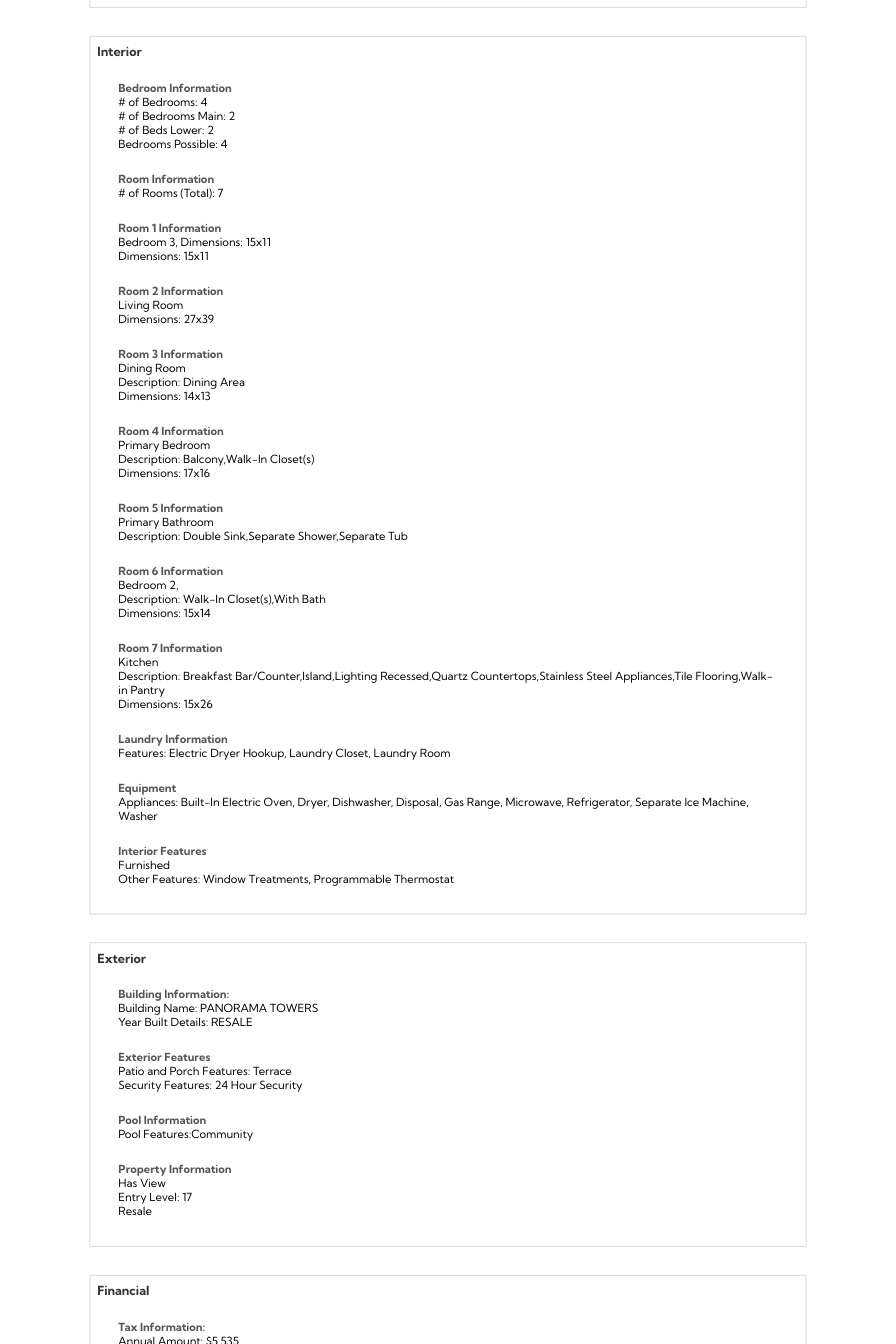
Repository: MrAllin1/ProgWWW_23_Gr1
Page: pages/House1.html
The author's editor kept a copy of each file at every save. The page is drawn from the files as they stood at one save, then again after the next save.
The browser window is 1280 px wide. The pictures show the part of the page from y = 1455 to 3375 px (the page is 5267 px tall before and 5717 px after), at 70% of full size.
A picture or video elsewhere on the page could not be fetched, so the positions and the page height are approximate. Some web libraries are served in a nearby version.

Above is the page before, as saved 2024-01-11 07:39:38.

### pages/House1.html
<!DOCTYPE html>
<html lang="en">
<head>
    <meta charset="UTF-8">
    <meta name="viewport" content="width=device-width, initial-scale=1.0">
    <link rel="stylesheet" type="text/css" href="../pages/stylesForHouse.css">
    <script src="https://kit.fontawesome.com/186711ed6a.js" crossorigin="anonymous"></script>
    <link rel="preconnect" href="https://fonts.googleapis.com">
    <link rel="preconnect" href="https://fonts.gstatic.com" crossorigin>
    <link href="https://fonts.googleapis.com/css2?family=Kumbh+Sans:wght@400;700&display=swap" rel="stylesheet">
    <link rel="stylesheet" href="https://cdnjs.cloudflare.com/ajax/libs/font-awesome/5.15.4/css/all.min.css">
    <title>House on Seattle</title>
</head>
<body>
    <nav class="navbar">
        <div class="navbar_container">
            <a href="/" id="navbar_logo"> <i class="fas fa-house-flag"></i>AFA</a>
            <div class="navbar_toggle" id="mobile-menu">
                <span class="bar"></span>
                <span class="bar"></span>
                <span class="bar"></span>
            </div>
            <ul class="navbar_menu">
                <li class="navbar_item">
                    <a href="#home" class="navbar_link">Home</a>
                </li>
                <li class="navbar_item">
                    <a href="#services" class="navbar_link">Services</a>
                </li>
                <li class="navbar_item">
                    <a href="/pages/BuyRent.html" class="navbar_link">Buy/Rent</a>
                </li>
                <li class="navbar_item">
                    <a href="/pages/sell.html" class="navbar_link">Sell</a>
                </li>
                <li class="navbar_btn">
                    <a href="/pages/signUp.html" class="button">Sign Up</a>
                </li>
            </ul>
        </div>
    </nav>
    <div class="gallery-container">
        <h1>Welcome to the Seattle, WA 98177 House</h1> </br>
        <a href="https://www.google.com/maps/place/12253+9th+Ave+NW,Seattle,WA+98177" target="_blank" class="services_link">12253 9th Ave NW, Seattle, WA 98177</a>
        <p>$1,099,000</p>
        <span>195 square meters</span>
        <div class="gallery">
            <img src="/images/House_2/item_1.jpg" alt="Image 1" />
            <img src="/images/House_2/item_2.jpg" alt="Image 2" />
            <img src="/images/House_2/item_3.jpg" alt="Image 3" />
            <img src="/images/House_2/item_4.jpg" alt="Image 4" />
            <img src="/images/House_2/item_5.jpg" alt="Image 5" />
            <img src="/images/House_2/item_6.jpg" alt="Image 6" />
            <img src="/images/House_2/item_7.jpg" alt="Image 7" />
            <img src="/images/House_2/item_8.jpg" alt="Image 8" />
            <img src="/images/House_2/item_9.jpg" alt="Image 9" />
            <img src="/images/House_2/item_10.jpg" alt="Image 10" />
            <img src="/images/House_2/item_11.jpg" alt="Image 11" />
            <img src="/images/House_2/item_12.jpg" alt="Image 12" />
            <img src="/images/House_2/item_13.jpg" alt="Image 13" />
            <img src="/images/House_2/item_14.jpg" alt="Image 14" />
            <img src="/images/House_2/item_15.jpg" alt="Image 15" />
            <img src="/images/House_2/item_16.jpg" alt="Image 16" />
            <img src="/images/House_2/item_17.jpg" alt="Image 17" />
            <img src="/images/House_2/item_18.jpg" alt="Image 18" />
            <img src="/images/House_2/item_19.jpg" alt="Image 19" />
            <img src="/images/House_2/item_20.jpg" alt="Image 20" />
            <img src="/images/House_2/item_21.jpg" alt="Image 21" />
            <img src="/images/House_2/item_22.jpg" alt="Image 22" />
            <img src="/images/House_2/item_23.jpg" alt="Image 23" />
</div>

          <button class="arrow-button left">&#8249;</button>
          <button class="arrow-button right">&#8250;</button>
          <p><strong> About this home</strong></br> Lovely Puget Sound and Olympic Mountain views in this well-maintained Broadview home! Ready for your personal touches, this spacious home has hardwood flooring, huge windows for enjoying the stunning water views, kitchen with breakfast bar, sunny dining area, and 2 large living spaces, each with a cozy fireplace. Plenty of room for everyone with 4 good sized bedrooms, and a versatile layout. Head outside to the spacious deck with water views, and down below a fenced yard with a patio, and built-in raised garden beds. Just steps from Carkeek Park & Beach, easy access to I-5, and located near plenty of restaurants, shops, & more. Don't miss out on this opportunity to be a part of the Broadview Community!</p>
    </div>
</br>
    <div class="property-features">
      <div class="feature">
        <i class="far fa-clock"></i> 5 days on AFA
      </div>
      <div class="feature">
        <i class="fas fa-warehouse"></i> Has garage
      </div>
      <div class="feature">
        <i class="fas fa-home"></i> Single family
      </div>
      <div class="feature">
        <i class="fas fa-landmark"></i> 711 square meters
      </div>
      <div class="feature">
        <i class="fas fa-hand-holding-usd"></i> $2,520 monthly HOA fee
      </div>
      <div class="feature">
        <i class="fas fa-tools"></i> Built in 2005
      </div>
      <div class="feature">
        <i class="fas fa-map-marker-alt"></i> Seattle
      </div>
      <div class="feature">
        <i class="fas fa-soap"></i>In-unit laundry (washer and dryer)
      </div>
      <div class="feature">
        <i class="fas fa-dollar-sign"></i> $523 for sq m
    </div>
      <div class="feature">
        <i class="fas fa-home"></i> Broadview
      </div>
    </div>

    <div class="container">
        <h1>Property details for 12253 9th Ave NW</h1>
            <div class="details">
                <div class="section">
                    <h2>Parking</h2>
                    <ul>
                        <li><strong>Parking:</strong></br> Covered Spaces: 2</br>Parking Total: 2</br>Parking Features: Driveway, Attached Garage</br>Has Attached Garage</br>Has Garage</li>
                    </ul>
                </div>
            </div>

            <div class="details">
                <div class="section">
                    <h2>Interior</h2>
                    <ul>
                        <li><strong>Bedroom Information</strong> </br># of Bedrooms: 4 </br># of Bedrooms Main: 2</br># of Beds Lower: 2</br>Bedrooms Possible: 4</li>
                        <li><strong>Room Information</strong> </br># of Rooms (Total): 7</li>
                        <li><strong>Room 1 Information</strong> </br>Bedroom 3, Dimensions: 15x11</br>Dimensions: 15x11</li>
                        <li><strong>Room 2 Information</strong> </br>Living Room</br>Dimensions: 27x39</li>
                        <li><strong>Room 3 Information</strong> </br>Dining Room</br>Description: Dining Area</br>Dimensions: 14x13</li>
                        <li><strong>Room 4 Information</strong> </br>Primary Bedroom</br>Description: Balcony,Walk-In Closet(s)</br>Dimensions: 17x16</li>
                        <li><strong>Room 5 Information</strong></br> Primary Bathroom</br>Description: Double Sink,Separate Shower,Separate Tub</li>
                        <li><strong>Room 6 Information</strong></br> Bedroom 2, </br>Description: Walk-In Closet(s),With Bath</br>Dimensions: 15x14</li>
                        <li><strong>Room 7 Information</strong></br> Kitchen</br>Description: Breakfast Bar/Counter,Island,Lighting Recessed,Quartz Countertops,Stainless Steel Appliances,Tile Flooring,Walk-in Pantry</br>Dimensions: 15x26</li>
                        <li><strong>Laundry Information</strong></br> Features: Electric Dryer Hookup, Laundry Closet, Laundry Room</li>
                        <li><strong>Equipment</strong></br> Appliances: Built-In Electric Oven, Dryer, Dishwasher, Disposal, Gas Range, Microwave, Refrigerator, Separate Ice Machine, Washer</li>
                        <li><strong>Interior Features</strong></br>Furnished</br> Other Features: Window Treatments, Programmable Thermostat</li>
                    </ul>
                </div>
            </div>
                <div class="details">
                <div class="section">
                    <h2>Exterior</h2>
                    <ul>
                        <li><strong>Building Information:</strong></br> Building Name: PANORAMA TOWERS</br>Year Built Details: RESALE</li>
                        <li><strong>Exterior Features</strong></br>Patio and Porch Features: Terrace</br> Security Features: 24 Hour Security</li>
                        <li><strong>Pool Information</strong></br> Pool Features:Community</li>
                        <li><strong>Property Information</strong></br> Has View</br>Entry Level: 17</br>Resale</li>

                    </ul>
                </div>
            </div>
            <div class="details">
                <div class="section">
                    <h2>Financial</h2>
                    <ul>
                        <li><strong>Tax Information:</strong> </br>Annual Amount: $5,535</li>
                    </ul>
                </div>
            </div>

            <div class="details">
                <div class="section">
                    <h2>Utilities</h2>
                    <ul>
                        <li><strong>Utility Information:</strong></br> Utilities: High Speed Internet Available</li>
                        <li>S<strong>Heating & Cooling</strong></br> Has Cooling</br>Cooling:Electric</br>Has Heating</br>Heating: Central,Gas</li>
                    </ul>
                </div>
            </div>


            <div class="details">
                <div class="section">
                    <h2>Location</h2>
                    <ul>
                        <li><strong>Multi Unit Information:</strong></br> Pets Allowed: Number Limit, Size Limit, Yes</li>
                        <li><strong>HOA Information</strong> </br>Has Home Owners Association </br>Association Name: Panorama Towers </br>Association Fee: $2,520 Monthly</br>Association Fee Includes: Association Management, Cable TV, Internet, Recreation Facilities, Sewer, Trash, Water</br>Association Amenities: Business Center, Dog Park, Fitness Center, Gated, Media Room, Barbecue, Pool, Recreation Room, Guard, Spa/Hot Tub, Security, Concierge</li>
                        <li><strong>School</strong></br>  Elementary School: Thiriot Joseph,Thiriot Joseph</br>Middle Or Junior School: Sawyer Grant</br>High School: Clark Ed. W.</li>
                        <li><strong>Community Information:</strong></br>Community Features: Pool</li>
                    </ul>
                </div>
            </div>


            <div class="details">
                <div class="section">
                    <h2>Other</h2>
                    <ul>
                        <li><strong>Listing Information:</strong></br> Attribution Contact: 702-930-8408</br>Buyer Agency Compensation: 2.5000</li>
                    </ul>
                </div>
            </div>
        </div>
    </div>



      <div class="container">
        <h1>About climate risks</h1>
        <p>Climate risks have some of natural disasters and may be impacted by climate change due to rising temperatures and sea levels.</p>

        <div class="risk-factor" id="floodRisk">
            <h2>Flood Factor</h2>
            <p>Unlikely to flood in next 50 years.</p>
        </div>

        <div class="risk-factor" id="fireRisk">
            <h2>Fire Factor</h2>
            <p>Unlikely to be in a wildfire in next 50 years.</p>
        </div>

        <div class="risk-factor" id="heatRisk">
            <h2>Heat Factor</h2>
            <p>7 days above 99° expected this year, 14 days in 30 years.</p>
        </div>
    </div>
    <div class="footer_container">
        <div class="footer_links">
            <div class="footer_link-wrapper">
                <div class="footer_link-items">
                    <h2>About Us</h2>
                    <a href="/">How it works</a>
                    <a href="/">Testimonials</a>
                    <a href="/">Careers</a>
                    <a href="/">Terms of Service</a>
                </div>
                <div class="footer_link-items">
                    <h2>Contact Us</h2>
                    <a href="/">Contact</a>
                    <a href="/">Support</a>
                    <a href="/">Thro Gmail</a>
                    <a href="/">Phone number</a>
                </div>
            </div>
            <div class="footer_link-wrapper">
                <div class="footer_link-items">
                    <h2>Partners</h2>
                    <a href="/">A RealEstate</a>
                    <a href="/">B RealEstate</a>
                    <a href="/">C RealEstate</a>
                    <a href="/">D RealEstate</a>
                </div>
                <div class="footer_link-items">
                    <h2>Social media</h2>
                    <a href="https://www.instagram.com" target="_blank">Instagram</a>
                    <a href="https://www.facebook.com" target="_blank">Facebook</a>
                    <a href="https://www.linkedin.com" target="_blank">LinkedIn</a>
                    <a href="https://www.twitter.com" target="_blank">Twitter</a>
                </div>
            </div>
        </div>
        <div class="social_media">
            <div class="social_media-wrap">
                <div class="footer_logo">
                    <a href="/" id="footer_logo"> <i class="fas fa-house-flag"></i>AFA</a>
                </div>
                <p class="website_rights">AFA © 2023.All rights reserved</p>
                <div class="social_icons">
                    <a href="/" class="social_icon_link" target="_blank"><i class="fab fa-facebook"></i></a>
                    <a href="https://www.instagram.com" class="social_icon_link" target="_blank"><i class="fab fa-instagram"></i></a>
                    <a href="https://www.facebook.com" class="social_icon_link" target="_blank"><i class="fab fa-youtube"></i></a>
                    <a href="https://www.twitter.com" class="social_icon_link" target="_blank"><i class="fab fa-twitter"></i></a>
                    <a href="https://www.linkedin.com" class="social_icon_link" target="_blank"><i class="fab fa-linkedin"></i></a>
                </div>
            </div>
        </div>
    </div>

    <script src="../app.js"></script>

</body>
</html>

Loaded but not shown: app.js (155 lines, source omitted); pages/stylesForHouse.css (787 lines, source omitted)

After the next save:
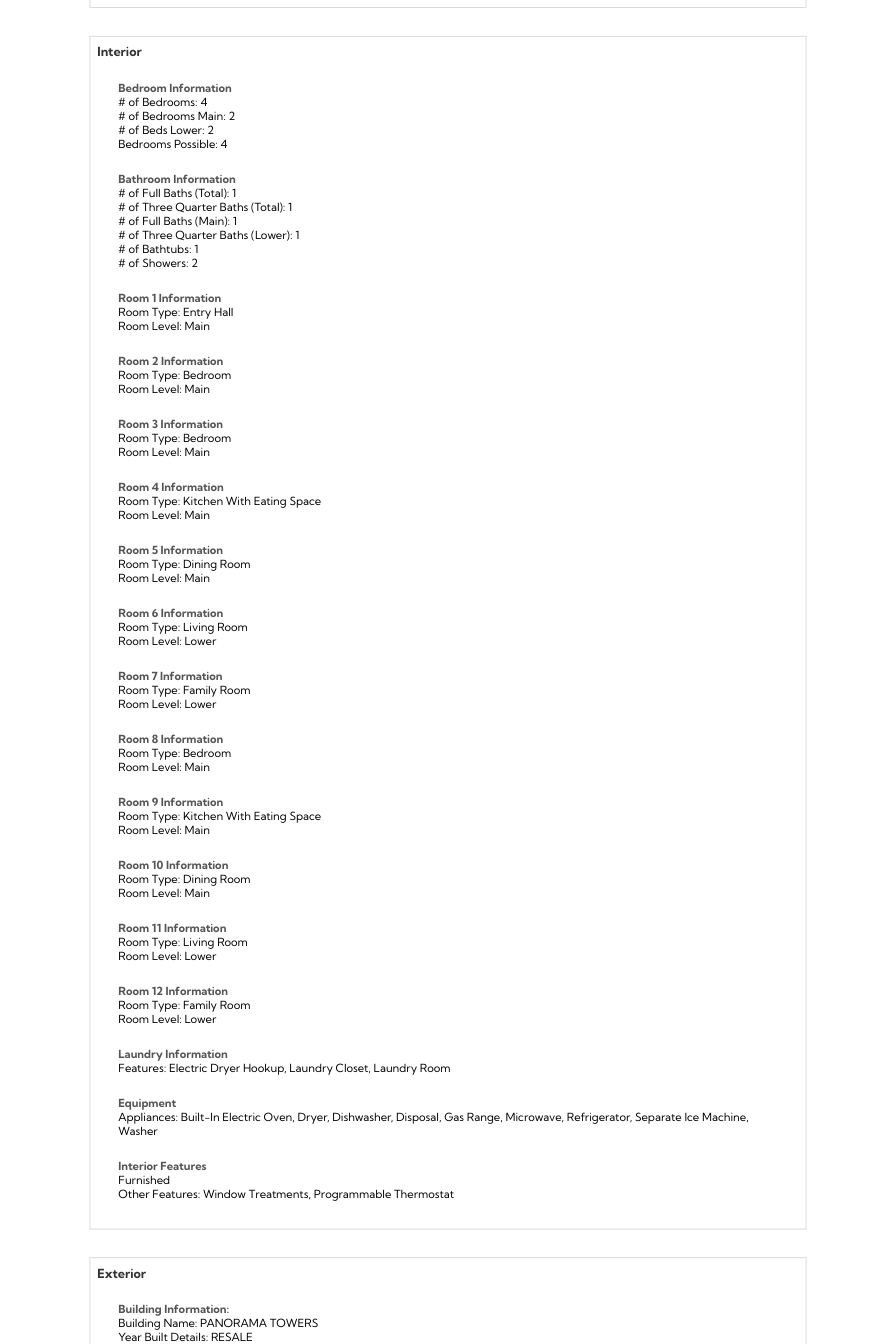
Saved 7 min 57 s later.
--- a/pages/House1.html
+++ b/pages/House1.html
@@ -124,14 +124,19 @@
                     <h2>Interior</h2>
                     <ul>
                         <li><strong>Bedroom Information</strong> </br># of Bedrooms: 4 </br># of Bedrooms Main: 2</br># of Beds Lower: 2</br>Bedrooms Possible: 4</li>
-                        <li><strong>Room Information</strong> </br># of Rooms (Total): 7</li>
-                        <li><strong>Room 1 Information</strong> </br>Bedroom 3, Dimensions: 15x11</br>Dimensions: 15x11</li>
-                        <li><strong>Room 2 Information</strong> </br>Living Room</br>Dimensions: 27x39</li>
-                        <li><strong>Room 3 Information</strong> </br>Dining Room</br>Description: Dining Area</br>Dimensions: 14x13</li>
-                        <li><strong>Room 4 Information</strong> </br>Primary Bedroom</br>Description: Balcony,Walk-In Closet(s)</br>Dimensions: 17x16</li>
-                        <li><strong>Room 5 Information</strong></br> Primary Bathroom</br>Description: Double Sink,Separate Shower,Separate Tub</li>
-                        <li><strong>Room 6 Information</strong></br> Bedroom 2, </br>Description: Walk-In Closet(s),With Bath</br>Dimensions: 15x14</li>
-                        <li><strong>Room 7 Information</strong></br> Kitchen</br>Description: Breakfast Bar/Counter,Island,Lighting Recessed,Quartz Countertops,Stainless Steel Appliances,Tile Flooring,Walk-in Pantry</br>Dimensions: 15x26</li>
+                        <li><strong>Bathroom Information</strong> </br># of Full Baths (Total): 1</br># of Three Quarter Baths (Total): 1</br># of Full Baths (Main): 1</br># of Three Quarter Baths (Lower): 1</br># of Bathtubs: 1</br># of Showers: 2</li>
+                        <li><strong>Room 1 Information</strong> </br>Room Type: Entry Hall</br>Room Level: Main</li>
+                        <li><strong>Room 2 Information</strong> </br>Room Type: Bedroom</br>Room Level: Main</li>
+                        <li><strong>Room 3 Information</strong> </br>Room Type: Bedroom</br>Room Level: Main</li>
+                        <li><strong>Room 4 Information</strong> </br>Room Type: Kitchen With Eating Space</br>Room Level: Main</li>
+                        <li><strong>Room 5 Information</strong></br> Room Type: Dining Room </br>Room Level: Main</li>
+                        <li><strong>Room 6 Information</strong></br> Room Type: Living Room </br>Room Level: Lower</li>
+                        <li><strong>Room 7 Information</strong></br> Room Type: Family Room</br>Room Level: Lower</li>
+                        <li><strong>Room 8 Information</strong> </br>Room Type: Bedroom</br>Room Level: Main</li>
+                        <li><strong>Room 9 Information</strong> </br>Room Type: Kitchen With Eating Space</br>Room Level: Main</li>
+                        <li><strong>Room 10 Information</strong></br> Room Type: Dining Room </br>Room Level: Main</li>
+                        <li><strong>Room 11 Information</strong></br> Room Type: Living Room </br>Room Level: Lower</li>
+                        <li><strong>Room 12 Information</strong></br> Room Type: Family Room</br>Room Level: Lower</li>
                         <li><strong>Laundry Information</strong></br> Features: Electric Dryer Hookup, Laundry Closet, Laundry Room</li>
                         <li><strong>Equipment</strong></br> Appliances: Built-In Electric Oven, Dryer, Dishwasher, Disposal, Gas Range, Microwave, Refrigerator, Separate Ice Machine, Washer</li>
                         <li><strong>Interior Features</strong></br>Furnished</br> Other Features: Window Treatments, Programmable Thermostat</li>
